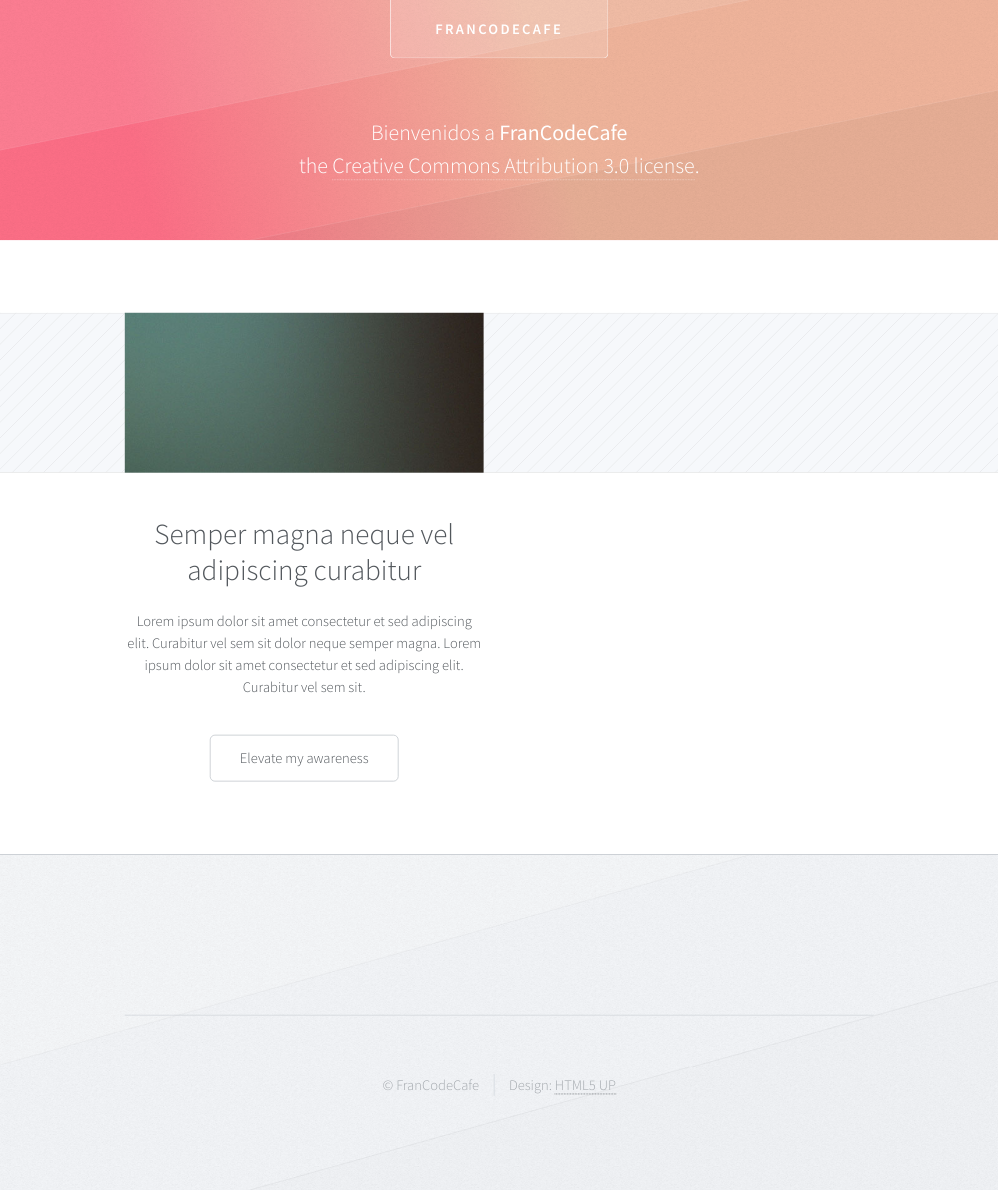
Repository: FranCodeCafe/francodecafe.github.io
Page: index.html
These files come from the project's save history. The page is drawn as it stood at one moment and after the next save; the edit follows.
The browser window is 1280 px wide. The pictures show the whole page, at 78% of full size.

Above is the page before, as saved 2020-01-22 14:12:58.

### index.html
<!DOCTYPE HTML>
<!--
	Telephasic by HTML5 UP
	html5up.net | @n33co
	Free for personal and commercial use under the CCA 3.0 license (html5up.net/license)
-->
<html>
	<head>
		<title>FranCodeCafe</title>
		<meta http-equiv="content-type" content="text/html; charset=utf-8" />
		<meta name="description" content="" />
		<meta name="keywords" content="" />
		<!--[if lte IE 8]><script src="css/ie/html5shiv.js"></script><![endif]-->
		<script src="js/jquery.min.js"></script>
		<script src="js/jquery.dropotron.min.js"></script>
		<script src="js/skel.min.js"></script>
		<script src="js/skel-layers.min.js"></script>
		<script src="js/init.js"></script>
		<noscript>
			<link rel="stylesheet" href="css/skel.css" />
			<link rel="stylesheet" href="css/style.css" />
		</noscript>
		<!--[if lte IE 8]><link rel="stylesheet" href="css/ie/v8.css" /><![endif]-->
	</head>
	<body class="homepage">

		<!-- Header -->
			<div id="header-wrapper">
				<div id="header" class="container">

					<!-- Logo -->
						<h1 id="logo"><a href="index.html">FranCodeCafe</a></h1>

					<!-- Nav -->
						<!-- <nav id="nav">
							<ul>
								<li>
									<a href="">Dropdown</a>
									<ul>
										<li><a href="#">Lorem ipsum dolor</a></li>
										<li><a href="#">Magna phasellus</a></li>
										<li><a href="#">Etiam dolore nisl</a></li>
										<li>
											<a href="">Phasellus consequat</a>
											<ul>
												<li><a href="#">Lorem ipsum dolor</a></li>
												<li><a href="#">Phasellus consequat</a></li>
												<li><a href="#">Magna phasellus</a></li>
												<li><a href="#">Etiam dolore nisl</a></li>
											</ul>
										</li>
										<li><a href="#">Veroeros feugiat</a></li>
									</ul>
								</li>
								<li><a href="left-sidebar.html">Left Sidebar</a></li>
								<li class="break"><a href="right-sidebar.html">Right Sidebar</a></li>
								<li><a href="no-sidebar.html">No Sidebar</a></li>
							</ul>
						</nav> -->

				</div>

				<!-- Hero -->
					<section id="hero" class="container">
						<!-- <header>
							<h2>Telephasic is a responsive
							<br />
							site template by <a href="http://html5up.net">HTML5 UP</a></h2>
						</header> -->
						<p>Bienvenidos a <strong>FranCodeCafe</strong>
						<br />
						the <a href="http://html5up.net/license">Creative Commons Attribution 3.0 license</a>.</p>
						<!-- <ul class="actions">
							<li><a href="#" class="button">Get this party started</a></li>
						</ul> -->
					</section>

			</div>

		<!-- Features 1 -->
			<div class="wrapper">
				<div class="container">
					<div class="row">
						<section class="6u 12u(narrower) feature">
							<div class="image-wrapper first">
								<a href="#" class="image featured first"><img src="images/pic01.jpg" alt="" /></a>
							</div>
							<header>
								<h2>Semper magna neque vel<br />
								adipiscing curabitur</h2>
							</header>
							<p>Lorem ipsum dolor sit amet consectetur et sed adipiscing elit. Curabitur vel
							sem sit dolor neque semper magna. Lorem ipsum dolor sit amet consectetur et sed
							adipiscing elit. Curabitur vel sem sit.</p>
							<ul class="actions">
								<li><a href="#" class="button">Elevate my awareness</a></li>
							</ul>
						</section>
						<!-- <section class="6u 12u(narrower) feature">
							<div class="image-wrapper">
								<a href="#" class="image featured"><img src="images/pic02.jpg" alt="" /></a>
							</div>
							<header>
								<h2>Amet lorem ipsum dolor<br />
								sit consequat magna</h2>
							</header>
							<p>Lorem ipsum dolor sit amet consectetur et sed adipiscing elit. Curabitur vel
							sem sit dolor neque semper magna. Lorem ipsum dolor sit amet consectetur et sed
							adipiscing elit. Curabitur vel sem sit.</p>
							<ul class="actions">
								<li><a href="#" class="button">Elevate my awareness</a></li>
							</ul>
						</section> -->
					</div>
				</div>
			</div>

		<!-- Promo -->
			<!-- <div id="promo-wrapper">
				<section id="promo">
					<h2>Neque semper magna et lorem ipsum adipiscing</h2>
					<a href="#" class="button">Breach the thresholds</a>
				</section>
			</div> -->

		<!-- Features 2 -->
			<!-- <div class="wrapper">
				<section class="container">
					<header class="major">
						<h2>Sed magna consequat lorem curabitur tempus</h2>
						<p>Elit aliquam vulputate egestas euismod nunc semper vehicula lorem blandit</p>
					</header>
					<div class="row features">
						<section class="4u 12u(narrower) feature">
							<div class="image-wrapper first">
								<a href="#" class="image featured"><img src="images/pic03.jpg" alt="" /></a>
							</div>
							<p>Lorem ipsum dolor sit amet consectetur et sed adipiscing elit. Curabitur
							vel sem sit dolor neque semper magna lorem ipsum.</p>
						</section>
						<section class="4u 12u(narrower) feature">
							<div class="image-wrapper">
								<a href="#" class="image featured"><img src="images/pic04.jpg" alt="" /></a>
							</div>
							<p>Lorem ipsum dolor sit amet consectetur et sed adipiscing elit. Curabitur
							vel sem sit dolor neque semper magna lorem ipsum.</p>
						</section>
						<section class="4u 12u(narrower) feature">
							<div class="image-wrapper">
								<a href="#" class="image featured"><img src="images/pic05.jpg" alt="" /></a>
							</div>
							<p>Lorem ipsum dolor sit amet consectetur et sed adipiscing elit. Curabitur
							vel sem sit dolor neque semper magna lorem ipsum.</p>
						</section>
					</div>
					<ul class="actions major">
						<li><a href="#" class="button">Elevate my awareness</a></li>
					</ul>
				</section>
			</div>
 -->
		<!-- Footer -->
			<div id="footer-wrapper">
				<div id="footer" class="container">
					<!-- <header class="major">
						<h2>Euismod aliquam vehicula lorem</h2>
						<p>Lorem ipsum dolor sit amet consectetur et sed adipiscing elit. Curabitur vel sem sit<br />
						dolor neque semper magna lorem ipsum feugiat veroeros lorem ipsum dolore.</p>
					</header>
					<div class="row">
						<section class="6u 12u(narrower)">
							<form method="post" action="#">
								<div class="row 50%">
									<div class="6u 12u(mobile)">
										<input name="name" placeholder="Name" type="text" />
									</div>
									<div class="6u 12u(mobile)">
										<input name="email" placeholder="Email" type="text" />
									</div>
								</div>
								<div class="row 50%">
									<div class="12u">
										<textarea name="message" placeholder="Message"></textarea>
									</div>
								</div>
								<div class="row 50%">
									<div class="12u">
										<ul class="actions">
											<li><input type="submit" value="Send Message" /></li>
											<li><input type="reset" value="Clear form" /></li>
										</ul>
									</div>
								</div>
							</form>
						</section>
						<section class="6u 12u(narrower)">
							<div class="row 0%">
								<ul class="divided icons 6u 12u(mobile)">
									<li class="icon fa-twitter"><a href="#"><span class="extra">twitter.com/</span>untitled</a></li>
									<li class="icon fa-facebook"><a href="#"><span class="extra">facebook.com/</span>untitled</a></li>
									<li class="icon fa-dribbble"><a href="#"><span class="extra">dribbble.com/</span>untitled</a></li>
								</ul>
								<ul class="divided icons 6u 12u(mobile)">
									<li class="icon fa-instagram"><a href="#"><span class="extra">instagram.com/</span>untitled</a></li>
									<li class="icon fa-youtube"><a href="#"><span class="extra">youtube.com/</span>untitled</a></li>
									<li class="icon fa-pinterest"><a href="#"><span class="extra">pinterest.com/</span>untitled</a></li>
								</ul>
							</div>
						</section>
					</div> -->
				</div>
				<div id="copyright" class="container">
					<ul class="menu">
						<li>&copy; FranCodeCafe</li><li>Design: <a href="http://html5up.net">HTML5 UP</a></li>
					</ul>
				</div>
			</div>

	</body>
</html>

### css/style-normal.css
/*
	Telephasic by HTML5 UP
	html5up.net | @n33co
	Free for personal and commercial use under the CCA 3.0 license (html5up.net/license)
*/

/*********************************************************************************/
/* Basic                                                                         */
/*********************************************************************************/

	body,input,textarea,select
	{
		line-height: 1.5em;
		font-size: 14pt;
	}

	span.extra
	{
		display: none;
	}

/*********************************************************************************/
/* Wrappers                                                                      */
/*********************************************************************************/

	.wrapper
	{
		padding: 5em 0 5em 0;
	}

	#header-wrapper
	{
		padding: 2em 0 em 0;
	}

		.homepage #header-wrapper
		{
			padding: 8em 0 4em 0;
		}

	#promo-wrapper
	{
		padding: 5em 0 5em 0;
	}

	#footer-wrapper
	{
		padding: 5em 0 5em 0;
	}

Loaded but not shown: js/jquery.min.js (library); js/jquery.dropotron.min.js (library); js/skel.min.js (library); js/skel-layers.min.js (library); css/font-awesome.min.css (library); js/init.js (92 lines, source omitted); css/style.css (938 lines, source omitted)

After the next save:
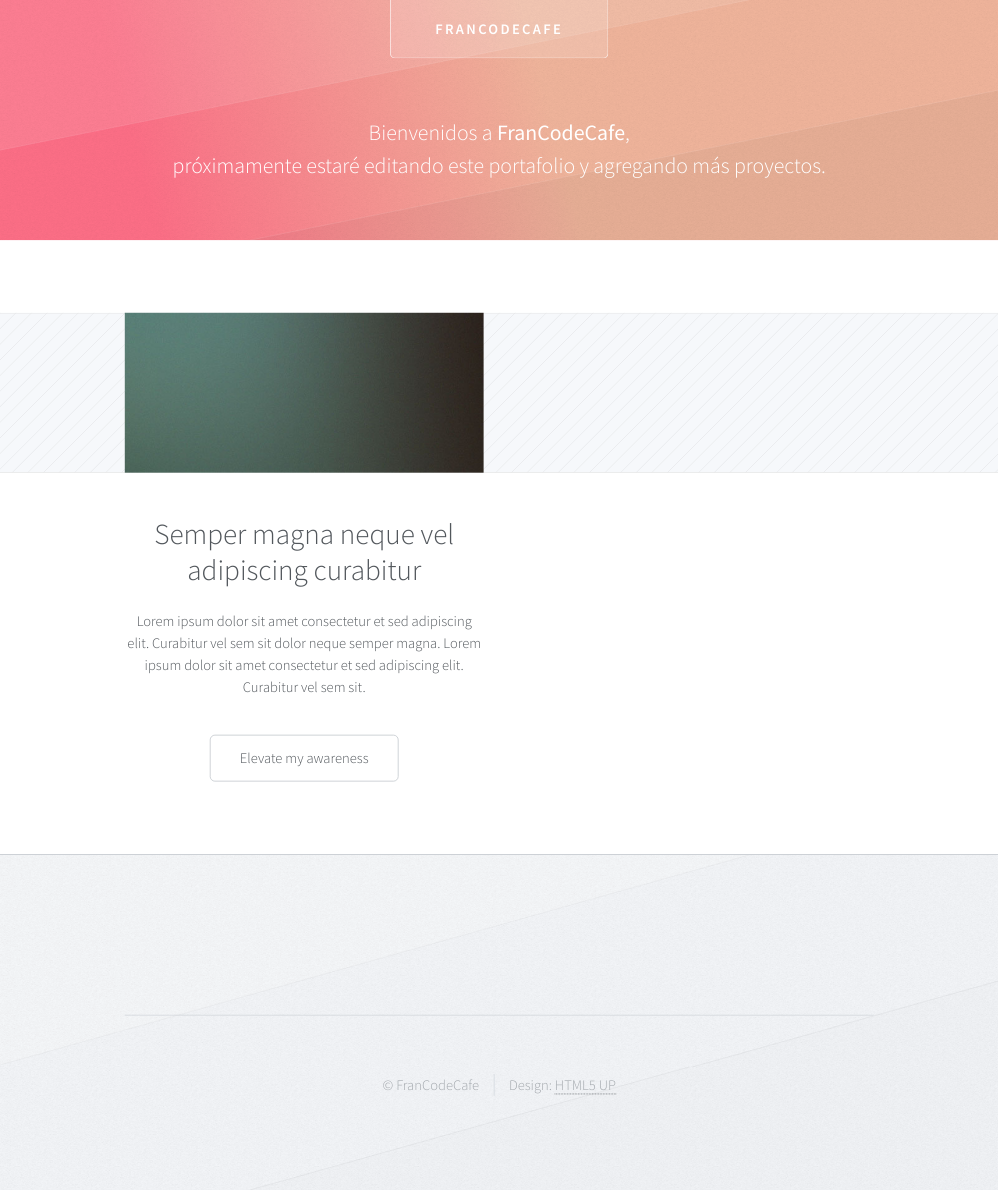
Saved 2 min 0 s later.
--- a/index.html
+++ b/index.html
@@ -67,9 +67,9 @@
 							<br />
 							site template by <a href="http://html5up.net">HTML5 UP</a></h2>
 						</header> -->
-						<p>Bienvenidos a <strong>FranCodeCafe</strong>
+						<p>Bienvenidos a <strong>FranCodeCafe</strong>,
 						<br />
-						the <a href="http://html5up.net/license">Creative Commons Attribution 3.0 license</a>.</p>
+						próximamente estaré editando este portafolio y agregando más proyectos.</p>
 						<!-- <ul class="actions">
 							<li><a href="#" class="button">Get this party started</a></li>
 						</ul> -->
